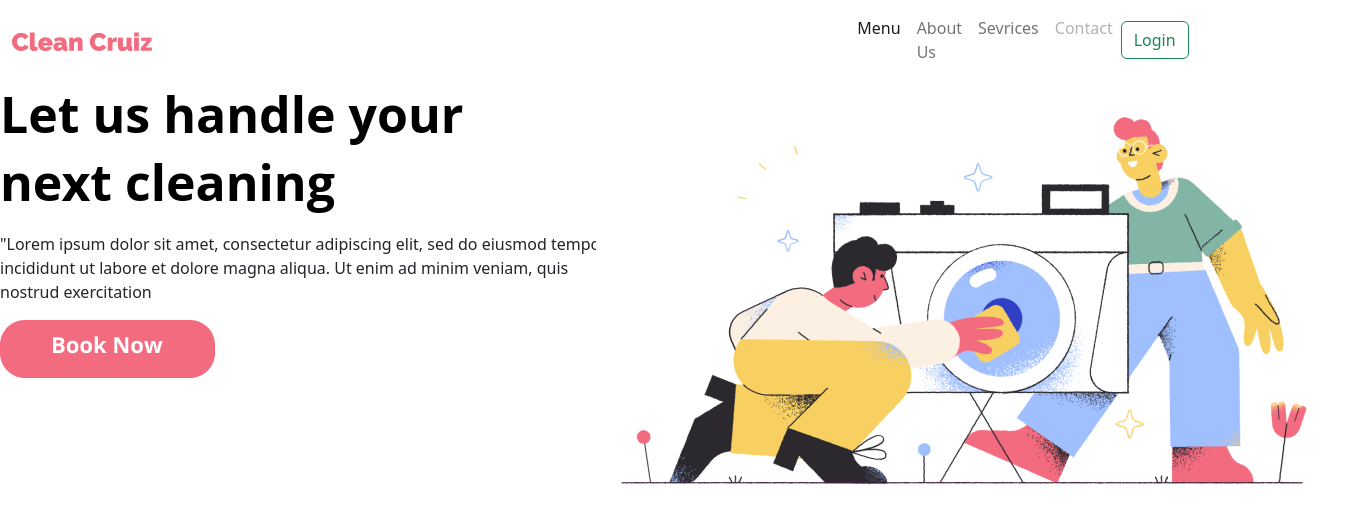
Repository: uy022/QuocUybaitapgiuaki
Page: index.html
These files come from the project's save history. The page is drawn as it stood at one moment and after the next save; the edit follows.
The browser window is 1280 px wide. The page is 1367 px wide, so the pictures cover 1367 px, including what lies to the right of the window. The pictures show the whole page.

Above is the page before, as saved 2022-08-30 23:25:04.

After the next save:
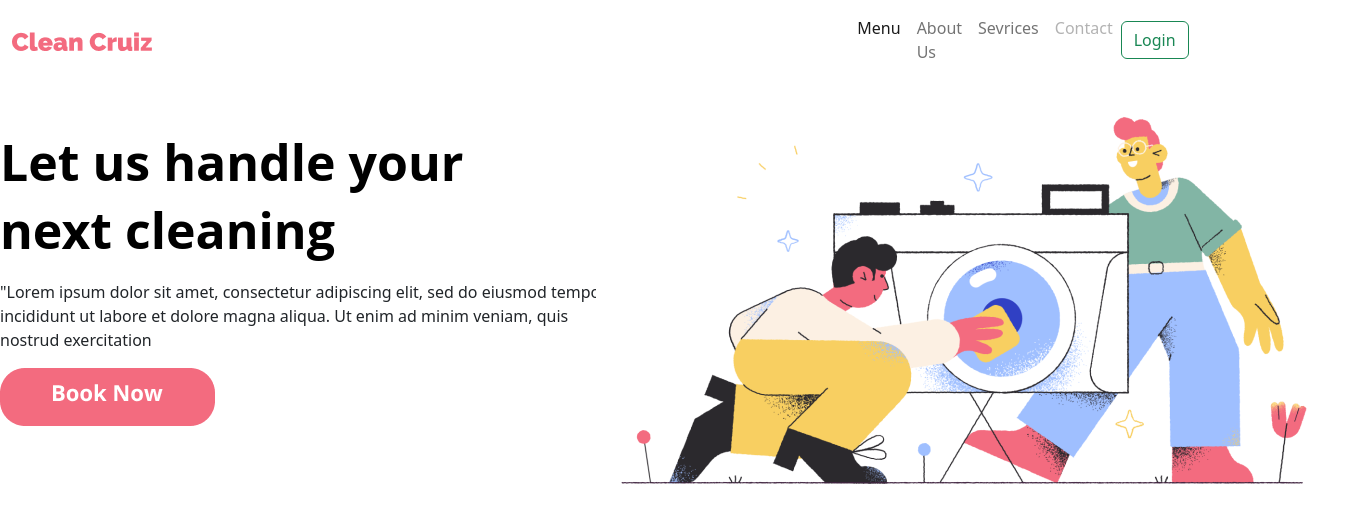
Saved 6 s later.
--- a/index.html
+++ b/index.html
@@ -42,7 +42,7 @@
 
         <div class="content">
           <div class=" container1">
-              <div class="title mt-6">
+              <div class="title mt-5">
                 <p>Let us handle your <br> next cleaning</p>
               </div>
               <div class="row">
